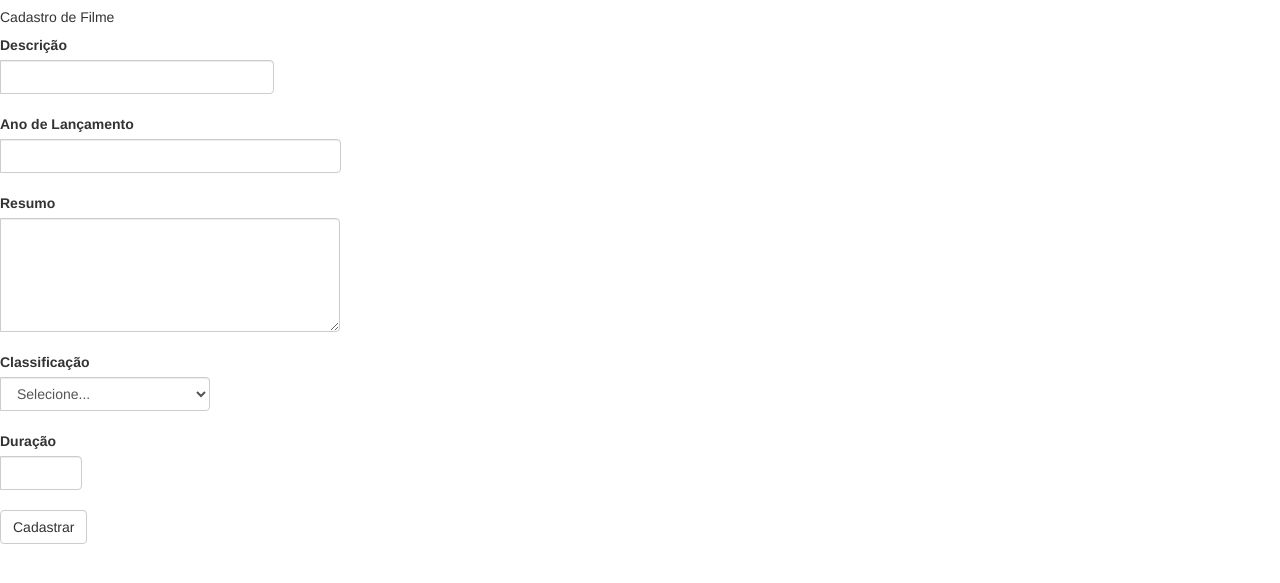
Repository: cadupedrassani/CursoDeJava
Page: Avaliação/BaseAPI/WebApp/src/main/webapp/filme/cadastro.html
An editor plug-in stored every save of this project. The page is shown before and after the next save, followed by the edit.
The browser window is 1280 px wide. The pictures show the whole page.

Above is the page before, as saved 2016-12-06 16:23:05.

### Avaliação/BaseAPI/WebApp/src/main/webapp/filme/cadastro.html
<!DOCTYPE html>
<html>
<head>
<meta charset="ISO-8859-1">
<title>Insert title here</title>
<link rel="stylesheet" href="/WebApp/resources/css/bootstrap.min.css">
</head>
<body>
<div>
	<h5>Cadastro de Filme</h5>
</div>
<div class="input-group">
	<label>Descrição</label>
	<input id="descricao-filme"
	       type="text"
	       class="form-control"></input>
</div>
</br>

<div class="input-group">
	<label>Ano de Lançamento</label>
	<input id="ano-filme"
	       type="text"
	       class="form-control"></input>
</div>
</br>

<div class="input-group">
	<label>Resumo</label>
	<textarea rows="5"
			  cols="30"
			  id="resumo-filme"
	       	  class="form-control"></textarea>
</div>
</br>

<div class="input-group">
	<label>Classificação</label>
		<select id="classificacao-filme" class="form-control">
    		<option value="" disabled="disabled" selected="selected">Selecione...</option>
    		<option value="1">1</option>
    		<option value="2">2</option>
    		<option value="3">3</option>
    		<option value="4">4</option>
    		<option value="5">5</option>
		</select>
</div>
</br>

<div class="input-group">
	<label>Duração</label>
	<time id="ano-filme"
	       type="text"
	       class="form-control"></time>
</div>
</br>
<div class="input-group">
	<button id="cadastrar"
	        type="button"
	        class="btn btn-default gold"
	        onclick="cadastrarEndereco();">Cadastrar</button>
</div>

<div id="modal-mensagens" class="modal fade" tabindex="-1" role="dialog">
	<div class="modal-dialog" role="document">
		<div class="modal-content">
			<div class="modal-header">
				<h5 id="modal-title" class="modal-title"></h5>
			</div>
			<div class="modal-body">
				<label id="modal-mensagem"></label>
			</div>
			<div class="modal-footer">
				<button type="button"
						class="btn btn-default gold"
						data-dismiss="modal">OK</button>
			</div>
		</div>
	</div>
</div>

<script src="/WebApp/resources/js/jquery.min.js"></script>
<script src="/WebApp/resources/js/bootstrap.min.js"></script>
<script src="/WebApp/resources/js/default.js"></script>
<script src="/WebApp/resources/js/filme.js"></script>

</body>
</html>

### Avaliação/BaseAPI/WebApp/src/main/webapp/resources/js/default.js

function abrirTelaCadastroCategoria(){
	var url = "/WebApp/categoria/cadastro.html";
	$.get(url, '', function(data){
		$('#conteudo-principal').html(data);
	})
}

function abrirTelaPesquisaCategoria(){
	var url = "/WebApp/categoria/pesquisa.html";
	$.get(url, '', function(data){
		$('#conteudo-principal').html(data)
	})
}


function abrirTelaCadastroEndereco(){
	var url = "/WebApp/endereco/cadastro.html";
	$.get(url, '', function(data){
		$('#conteudo-principal').html(data);
	})
}

function abrirTelaCadastroFilme(){
	var url = "/WebApp/filme/cadastro.html";
	$.get(url, '', function(data){
		$('#conteudo-principal').html(data);
	})
}

### Avaliação/BaseAPI/WebApp/src/main/webapp/resources/js/filme.js
function cadastrarFilme(){

	var ano = $("#ano-filme").val();
	var classificacao = $("#classificacao-filme").val();
	var descricao = $("#descricao-filme").val();
	var duracao = $("#duracao-filme").val;
	var resumo = $("#resumo-filme").val();

	var filmeDTO = new Object();
	var operacao = "/ControleAPI/endereco/cadastrarFilme"

	filmeDTO.ano = ano;
	filmeDTO.classificacao = classificacao;
	filmeDTO.descricao = descricao;
	filmeDTO.duracao = duracao;
	filmeDTO.resumo = resumo;

	$.ajax({
		method: "POST",
		url: operacao,
		data: JSON.stringify(filmeDTO),
		contentType: "application/json"
	}).done(function (data){
		var mensagem = "";
		var titulo = "";
		if(data.mensagem != undefined && data.mensagem != null && data.mensagem != ''){
			titulo = "Atenção";
			mensagem = data.mensagem;
		}else{
			titulo = 'Sucesso';
			mensagem = "Filme cadastrado com sucesso.";
		}
		mostrarModal(titulo, mensagem)
	});
}

Loaded but not shown: Avaliação/BaseAPI/WebApp/src/main/webapp/resources/css/bootstrap.min.css (library); Avaliação/BaseAPI/WebApp/src/main/webapp/resources/js/jquery.min.js (library); Avaliação/BaseAPI/WebApp/src/main/webapp/resources/js/bootstrap.min.js (library)

After the next save:
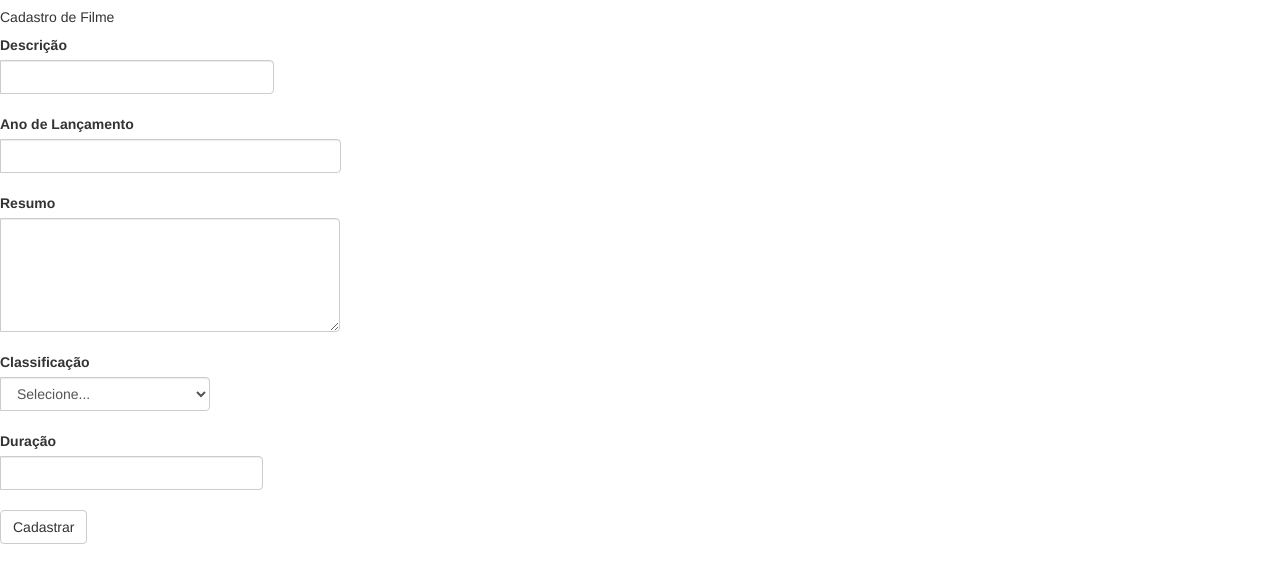
Saved 58 s later.
--- a/Avaliação/BaseAPI/WebApp/src/main/webapp/filme/cadastro.html
+++ b/Avaliação/BaseAPI/WebApp/src/main/webapp/filme/cadastro.html
@@ -49,9 +49,9 @@
 
 <div class="input-group">
 	<label>Duração</label>
-	<time id="ano-filme"
+	<input id="duracao-filme"
 	       type="text"
-	       class="form-control"></time>
+	       class="form-control"></input>
 </div>
 </br>
 <div class="input-group">
